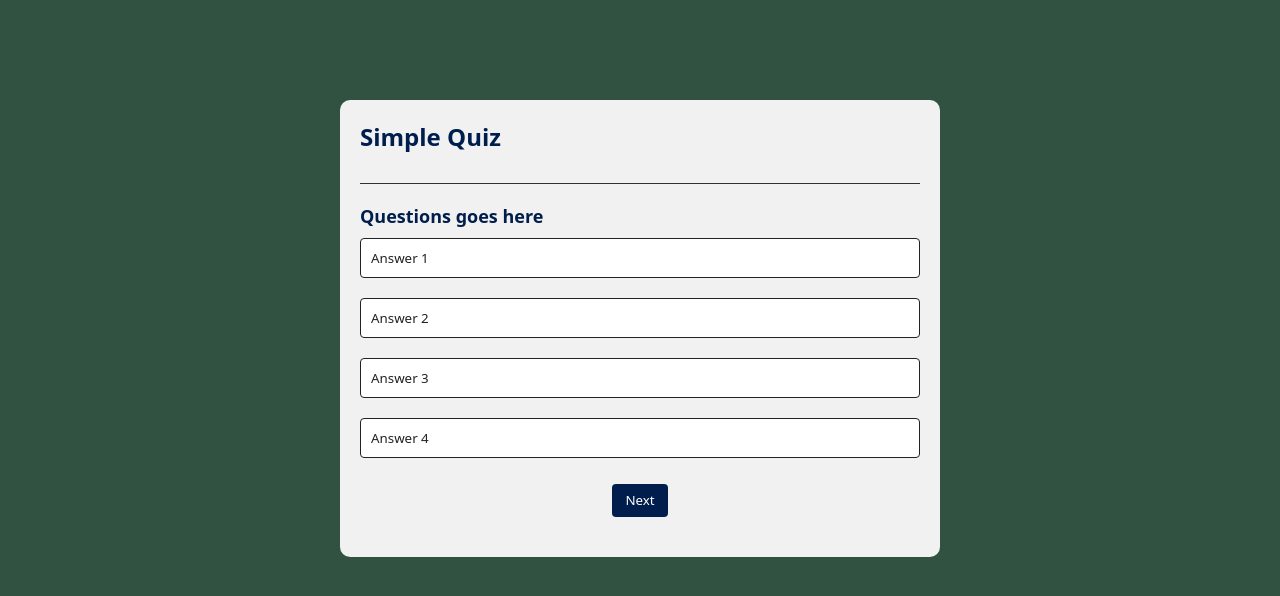
Repository: VickyJacob23/Quiz-App
Page: index.html
The author's editor kept a copy of each file at every save. The page is drawn from the files as they stood at one save, then again after the next save.
The browser window is 1280 px wide. The pictures show the whole page.

Above is the page before, as saved 2024-08-04 16:57:13.

### index.html
<!DOCTYPE html>
<html lang="en">
<head>
    <meta charset="UTF-8">
    <meta name="viewport" content="width=device-width, initial-scale=1.0">
    <title>Quiz App</title>
    <link rel="stylesheet" href="styles.css">
</head>
<body>
    <div class="app">
        <h1>Simple Quiz</h1>
        <div class="quiz">
            <h2 id="question">Questions goes here</h2>
            <div id="answer-buttons">
                <button class="btn">Answer 1</button>
                <button class="btn">Answer 2</button>
                <button class="btn">Answer 3</button>
                <button class="btn">Answer 4</button>
            </div>
            <button id="next-btn">Next</button>
        </div>
    </div>
</body>
</html>

### styles.css
*{
    margin: 0;
    padding: 0;
    box-sizing: border-box;
    font-family: system-ui, -apple-system, BlinkMacSystemFont, 'Segoe UI', Roboto, Oxygen, Ubuntu, Cantarell, 'Open Sans', 'Helvetica Neue', sans-serif;
}

body{
    background-color: #315240;

}
.app{
    width:90%;
    max-width: 600px;
    background-color:#f1f1f1;
    padding: 20px;
    border-radius: 10px;
    margin: 100px auto 0;
}
.app h1{
    font-size: 24px;
    font-weight: 600;
    color: #001e4d;
    border-bottom: 1px solid #333;
    padding-bottom: 30px;
}
.quiz{
    padding: 20px 0;
}
.quiz h2{
    font-size: 18px;
    font-weight: 600;
    color: #001e4d;
}
.btn{
    background-color:#fff;
    color:#222;
    font-weight: 500;
    width: 100%;
    border: 1px solid #222;
    padding: 10px;
    margin: 10px 0;
    text-align: left;
    cursor: pointer;
    border-radius:4px;
    transition: all 0.3s;
}
.btn:hover{
    background-color:#222;
    color:#fff;
}
#next-btn{
    background-color:#001e4d;
    color:#fff;
    cursor: pointer;
    width: 10%;
    padding: .55em;
    margin: 1.2em auto 0;
    border-radius:4px;
    border:0;
    display: block;
}

After the next save:
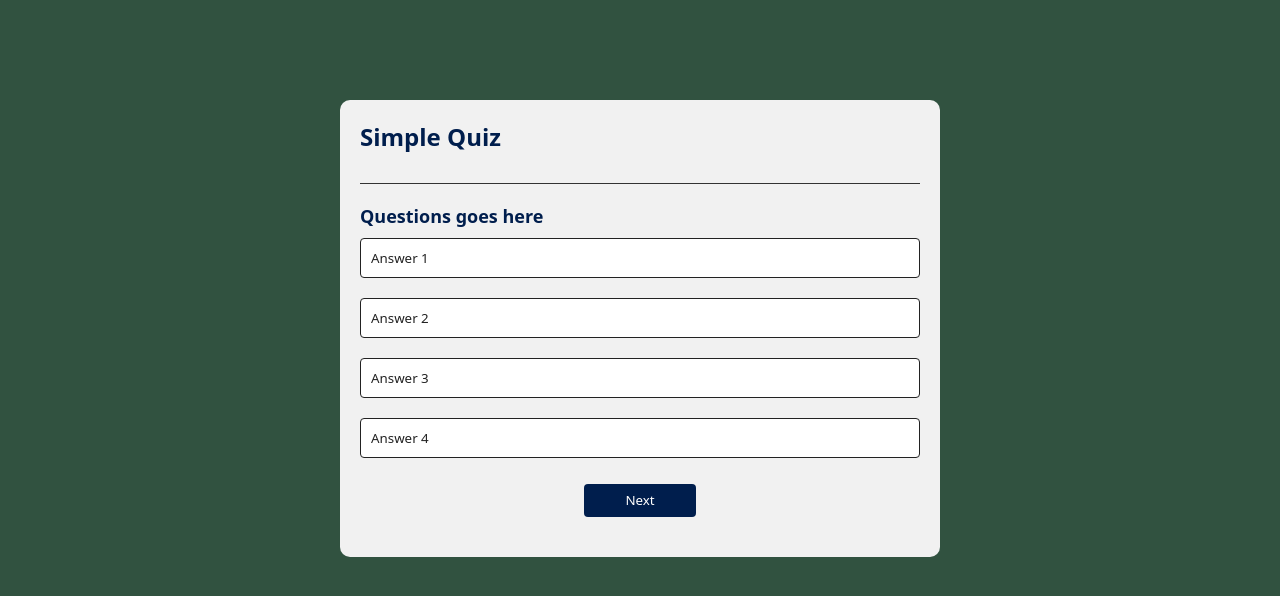
Saved 29 s later.
--- a/styles.css
+++ b/styles.css
@@ -53,7 +53,8 @@ body{
     background-color:#001e4d;
     color:#fff;
     cursor: pointer;
-    width: 10%;
+    width: 20%;
+    font-weight: 500;
     padding: .55em;
     margin: 1.2em auto 0;
     border-radius:4px;
